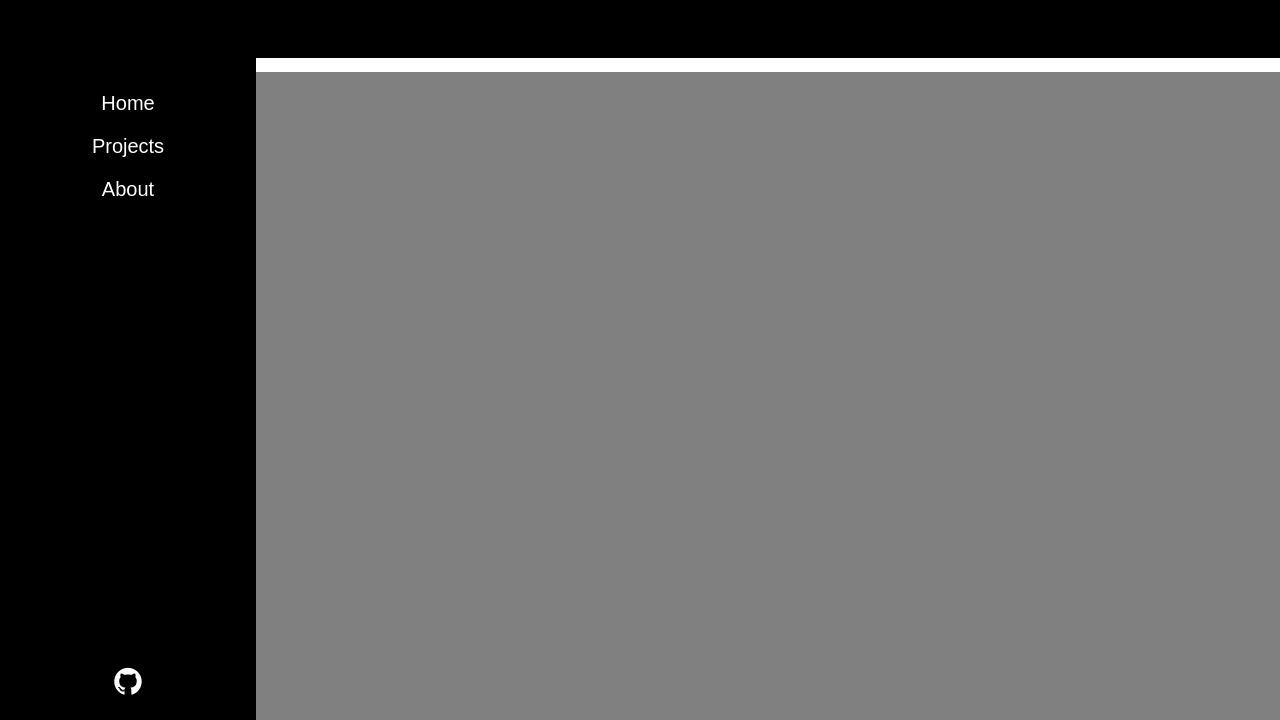
Repository: josephinel6/josephinel6.github.io
Page: index.html
The author's editor kept a copy of each file at every save. The page is drawn from the files as they stood at one save, then again after the next save.
The browser window is 1280 px wide. The pictures show the whole page.

Above is the page before, as saved 2023-04-04 13:42:06.

### index.html
<!DOCTYPE html>
<html>

<head>
    <style>
        :root.light {
            --color-bg: white;
            --color-menu-text: black;
            --color-page-bg: gray;
        }

        :root.dark {
            --color-bg: black;
            --color-menu-text: white;
            --color-page-bg: gray;
        }

        /* :root {
            --color-bg: black;
        } */

        html,
        body {
            height: 100%;
            width: 100%;
            margin: 0;
            position: relative;
            /* border-color: blue;
            border-radius: 10px;
            border-style: solid; */
            padding: 0;
        }

        #menu {
            height: 100%;
            width: 20%;
            position: absolute;
            z-index: 1;
            top: 0;
            bottom: 0;
            background-color: var(--color-bg);
        }

        #topbar {
            width: 100%;
            height: 8%;
            background-color: var(--color-bg);
            position: absolute;
        }

        .menutext {
            color: var(--color-menu-text);
            font-family: sans-serif;
            font-size: 20px;
        }

        .fa-github {
            color: var(--color-menu-text);
        }

        #window {
            background-color: var(--color-page-bg);
            position: absolute;
            height: 90%;
            width: 80%;
            right: 0;
            bottom: 0;
        }

        .tabcontent {
            height: 100%;
            width: 100%;
            position: absolute;
        }
    </style>
    <link rel="stylesheet" href="https://cdnjs.cloudflare.com/ajax/libs/font-awesome/4.7.0/css/font-awesome.min.css">
    <script type="module" src="https://cdn.jsdelivr.net/gh/zerodevx/zero-md@2/dist/zero-md.min.js"></script>
    <script type="module" src="https://md-block.verou.me/md-block.js"></script>
</head>

<body>
    <div id="menu">
        <div style="position:absolute; top: 10%; width: 100%; text-align: center;">

            <p class="menutext"> Home </p>
            <p class="menutext"> Projects </p>
            <p class="menutext"> About </p>

        </div>

        <div style="position:absolute; bottom:3%; width: 100%; text-align: center;">
            <a href="https://github.com/josephinel6" class="fa fa-github fa-2x" style="text-decoration: none;"></a>
        </div>
    </div>
    <div id="topbar">

    </div>
    <div id="window">
        <zero-md src="https://josephinel6.github.io/about.md" class="tabcontent"></zero-md>
        <div class="tabcontent" id="about"></div>
    </div>
    <script>
        window.onload = function () {
            document.documentElement.classList.remove("light")
            document.documentElement.classList.add("dark")
            window.localStorage.setItem('mode', 'dark');
            console.log("dark")
        }

        function openpage(pageName, elmnt) {
            var i, tabcontent, tablinks;
            tabcontent = document.getElementsByClassName("tabcontent");
            for (i = 0; i < tabcontent.length; i++) {
                tabcontent[i].style.display = "none";
            }
            tablinks = document.getElementsByClassName("tablink");
            for (i = 0; i < tablinks.length; i++) {
                tablinks[i].style.backgroundColor = "";
            }
            document.getElementById(pageName).style.display = "block";

            document.body.scrollTop = 0;
            document.documentElement.scrollTop = 0;
            console.log("ducks")
        }
    </script>

</body>

</html>

After the next save:
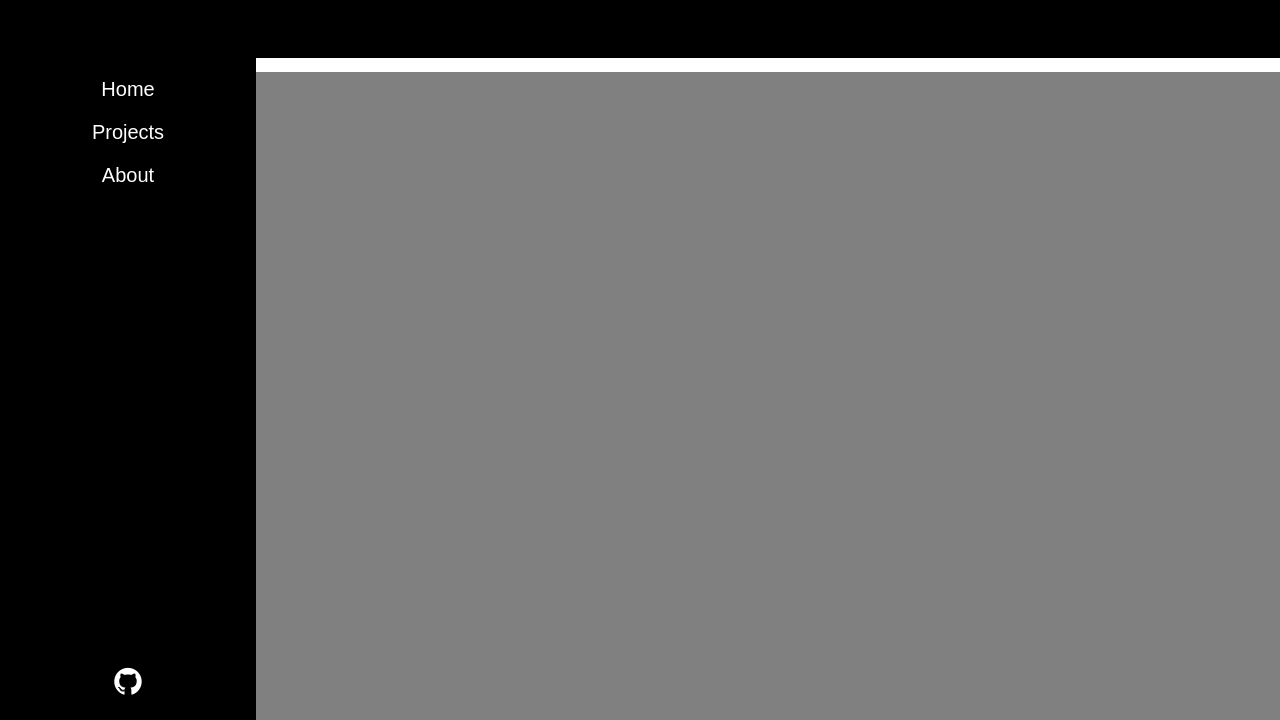
Saved 8 s later.
--- a/index.html
+++ b/index.html
@@ -80,7 +80,7 @@
 
 <body>
     <div id="menu">
-        <div style="position:absolute; top: 10%; width: 100%; text-align: center;">
+        <div style="position:absolute; top: 8%; width: 100%; text-align: center;">
 
             <p class="menutext"> Home </p>
             <p class="menutext"> Projects </p>
